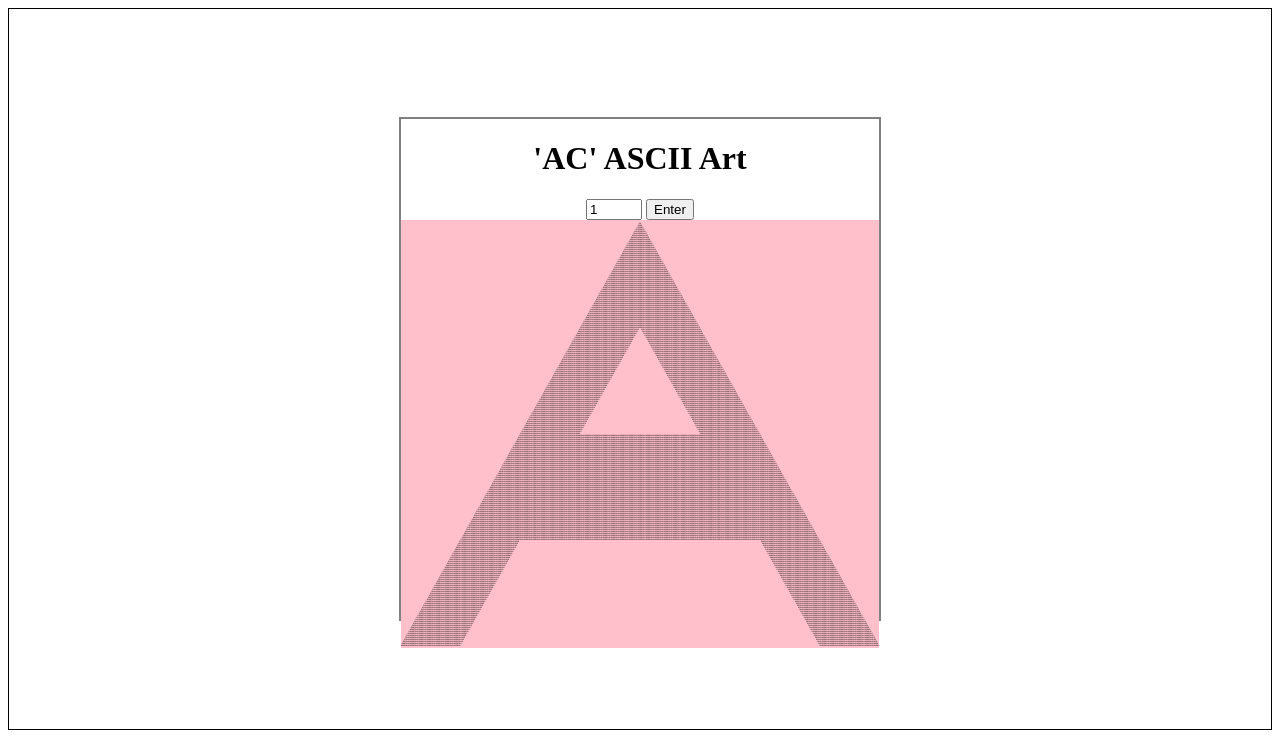
Repository: Achorn/ascii-art
Page: index.html
The author's editor kept a copy of each file at every save. The page is drawn from the files as they stood at one save, then again after the next save.
The browser window is 1280 px wide. The pictures show the whole page.

Above is the page before, as saved 2021-08-09 18:49:27.

After the next save:
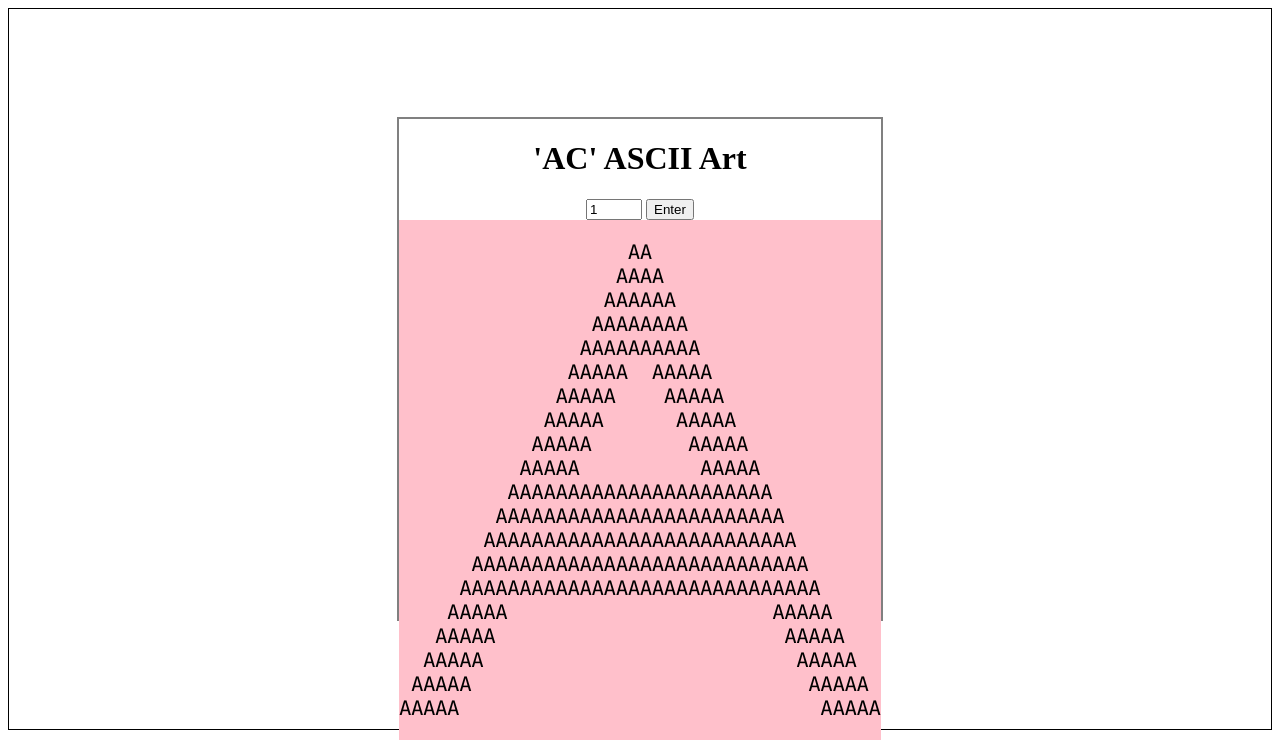
Saved 4 s later.
--- a/myscripts.js
+++ b/myscripts.js
@@ -73,7 +73,7 @@ function trimA(arr, lWidth) {
 
 let monoA = document.getElementById("mono-a");
 let monoC = document.getElementById("mono-c");
-let scale = 53;
+let scale = 5;
 let scaledFour = scaleSpread(four, scale);
 trimA(scaledFour, scale);
 
